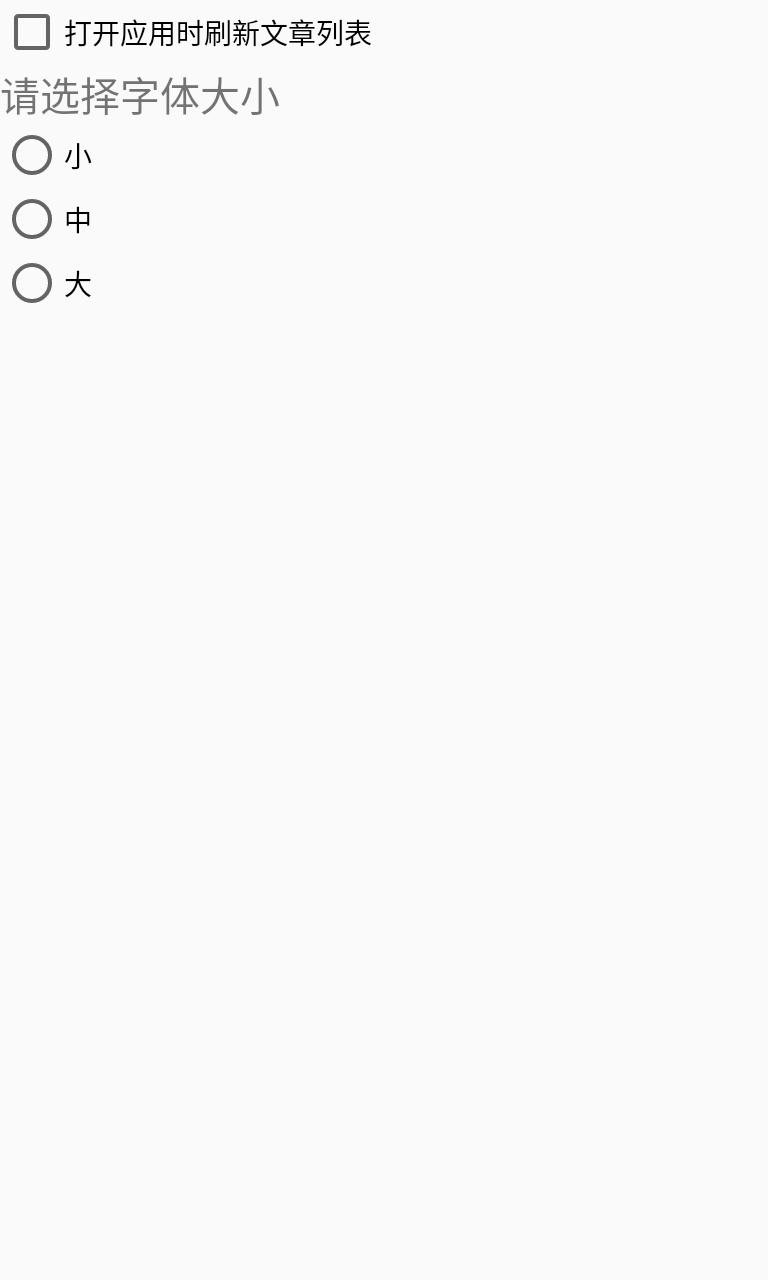
Repository: xdrush/MyRssReader
Layout: MyRssReader/res/layout/setting_show.xml
An editor plug-in stored every save of this project. The layout is shown before and after the next save, followed by the edit.
It is drawn on a 768 x 1280 px phone screen (xhdpi) without system bars, with theme AppTheme; the app's code is not run.

Above is the layout before, as saved 2015-07-29 03:58:57.

### MyRssReader/res/layout/setting_show.xml
<?xml version="1.0" encoding="utf-8"?>
<LinearLayout xmlns:android="http://schemas.android.com/apk/res/android"
    android:layout_width="wrap_content"
    android:layout_height="wrap_content"
    android:orientation="vertical" >

    <RelativeLayout
        android:layout_width="fill_parent"
        android:layout_height="wrap_content"
        android:gravity="left" >

        <CheckBox
    	android:id="@+id/checkbox1"
    	android:layout_height="wrap_content"
    	android:layout_width="wrap_content"
    	android:text="打开应用时刷新文章列表" />
    </RelativeLayout>

    <LinearLayout
    	android:orientation="vertical"
        android:layout_width="fill_parent"
        android:layout_height="wrap_content"
        android:gravity="left" >

        <TextView
      		android:layout_width="fill_parent"
      		android:layout_height="wrap_content"
     		android:text="请选择字体大小"
     		android:textSize="9pt" />

		<RadioGroup
			android:id="@+id/text_size"
			android:layout_height="wrap_content"
			android:layout_width="wrap_content">

			<RadioButton
                android:id="@+id/text_small"
                android:layout_height="wrap_content"
                android:layout_width="wrap_content"
                android:text="小" ></RadioButton>
            <RadioButton
                android:id="@+id/text_medium"
                android:layout_height="wrap_content"
                android:layout_width="wrap_content"
                android:text="中" ></RadioButton>
            <RadioButton
                android:id="@+id/text_big"
                android:layout_height="wrap_content"
                android:layout_width="wrap_content"
                android:text="大" ></RadioButton>
		</RadioGroup>
    </LinearLayout>

</LinearLayout>

Loaded but not shown: MyRssReader/res/values/styles.xml (common file); MyRssReader/res/values-v11/styles.xml (common file); MyRssReader/res/values-v14/styles.xml (common file)

After the next save:
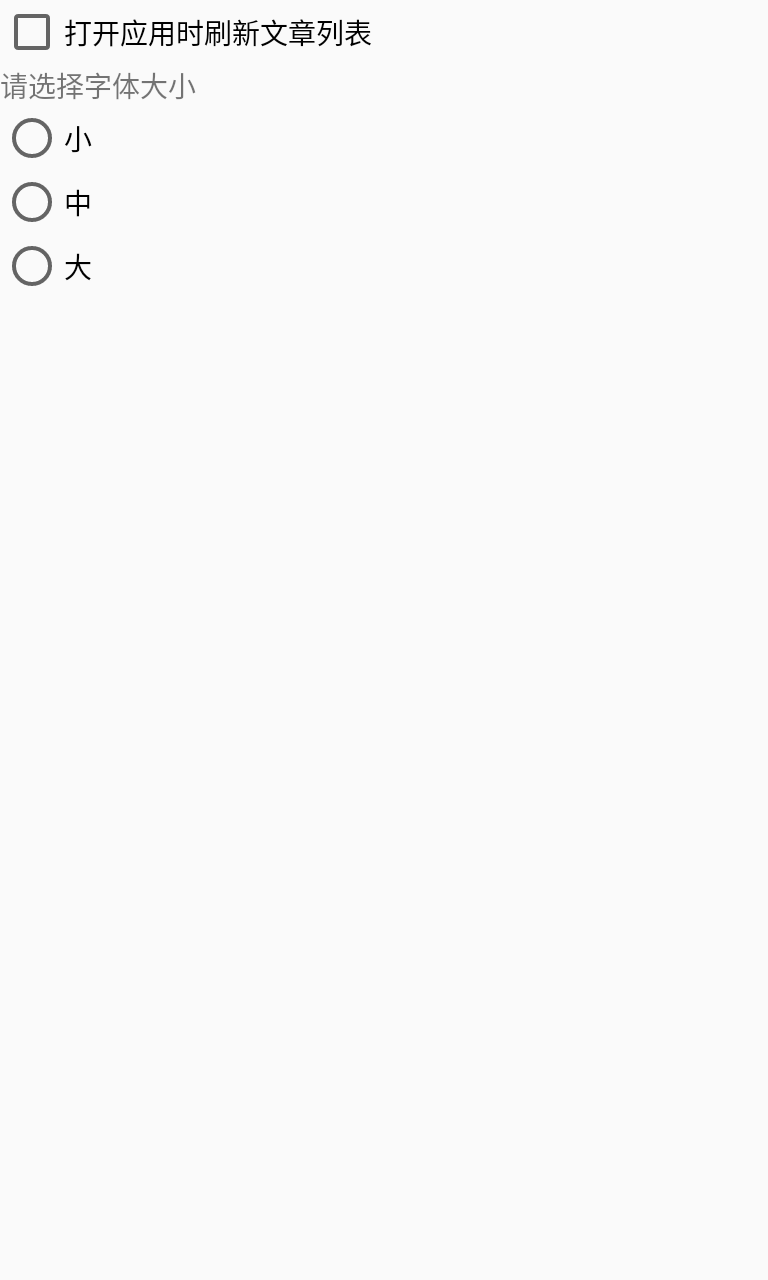
Saved 20 s later.
--- a/MyRssReader/res/layout/setting_show.xml
+++ b/MyRssReader/res/layout/setting_show.xml
@@ -25,8 +25,7 @@
         <TextView
       		android:layout_width="fill_parent"
       		android:layout_height="wrap_content"
-     		android:text="请选择字体大小"
-     		android:textSize="9pt" />
+     		android:text="请选择字体大小" />
 
 		<RadioGroup
 			android:id="@+id/text_size"
